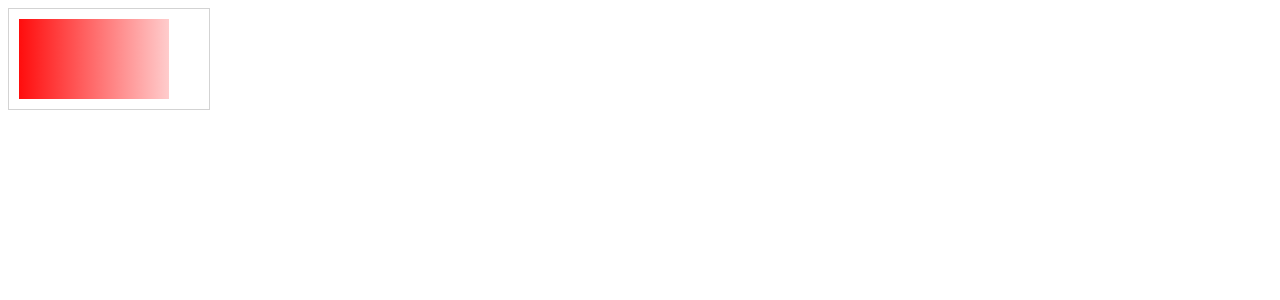
Repository: SonPhamThe/C0622G1-PhamTheSon
Page: ss1-sudungthehtmlcoban/baitap.html
An editor plug-in stored every save of this project. The page is shown before and after a run of saves, followed by the edit.
The browser window is 1280 px wide. The pictures show the whole page.

Above is the page before, as saved 2022-07-19 09:07:41.

After the next 4 saves:
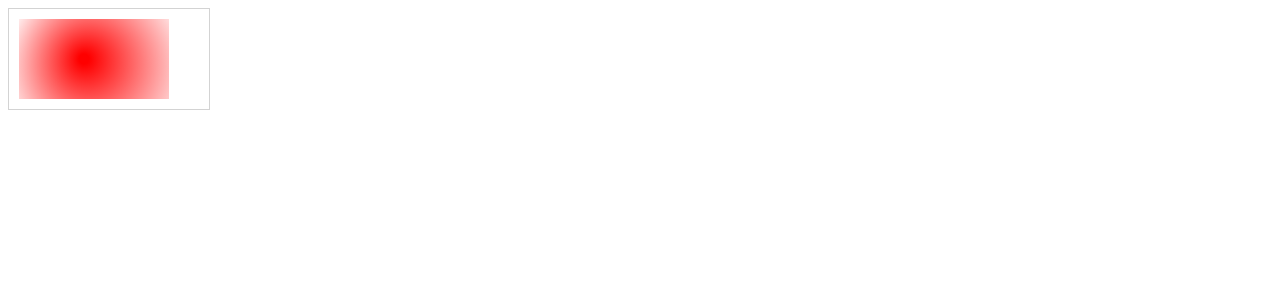
The 4 saves are shown as one change because they came seconds apart.
The last was saved 22 s later.
--- a/ss1-sudungthehtmlcoban/baitap.html
+++ b/ss1-sudungthehtmlcoban/baitap.html
@@ -31,6 +31,8 @@
       var grd1 = ctx1.createRadialGradient(75, 50, 5, 90, 60, 100);
       grd1.addColorStop(0, "red");
       grd1.addColorStop(1, "white");
+      ctx1.fillStyle = grd1;
+      ctx1.fillRect(10, 10, 150, 80);
     </script>
   </body>
 </html>
